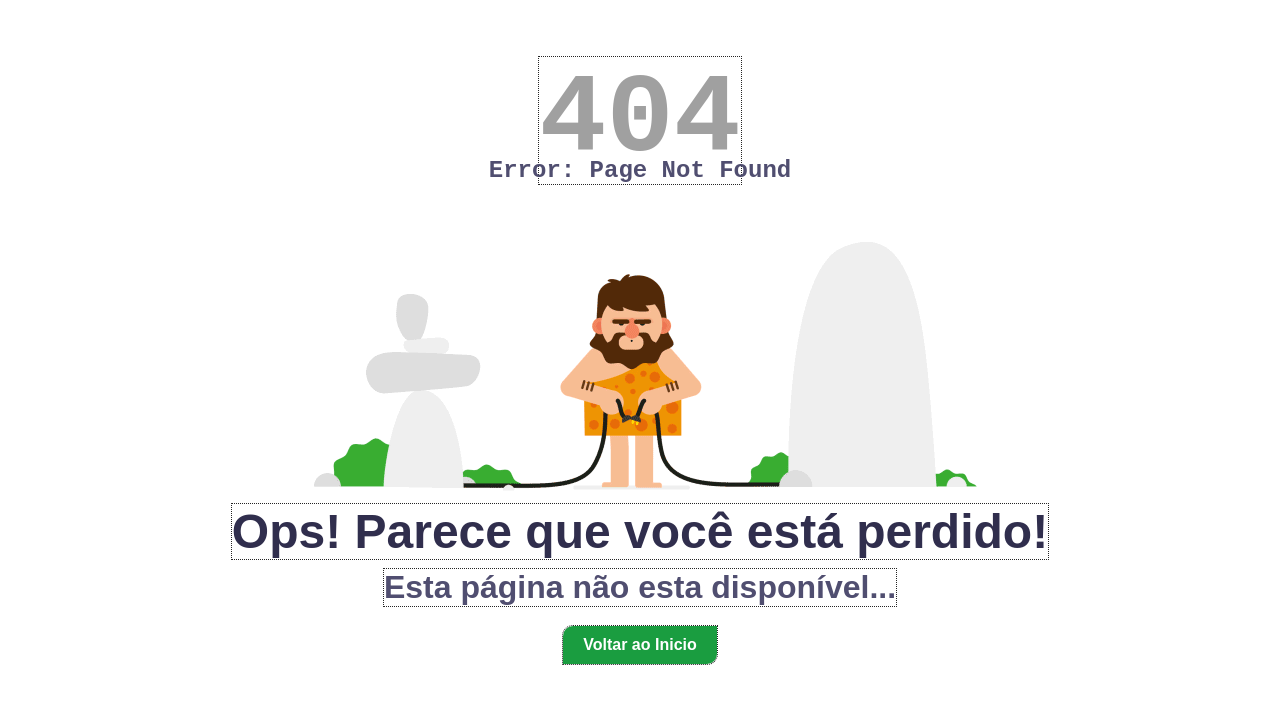
Repository: Lorsuz/gresasco
Page: components/pages/not-found.html
The author's editor kept a copy of each file at every save. The page is drawn from the files as they stood at one save, then again after the next save.
The browser window is 1280 px wide. The pictures show the whole page.
Some web fonts or font styles are not loaded; a fallback is used. The style sheet was rebuilt from its Sass, Less or Tailwind sources for each picture, by a compiler version that may differ from the author's.

Above is the page before, as saved 2023-11-07 09:56:04.

After the next save:
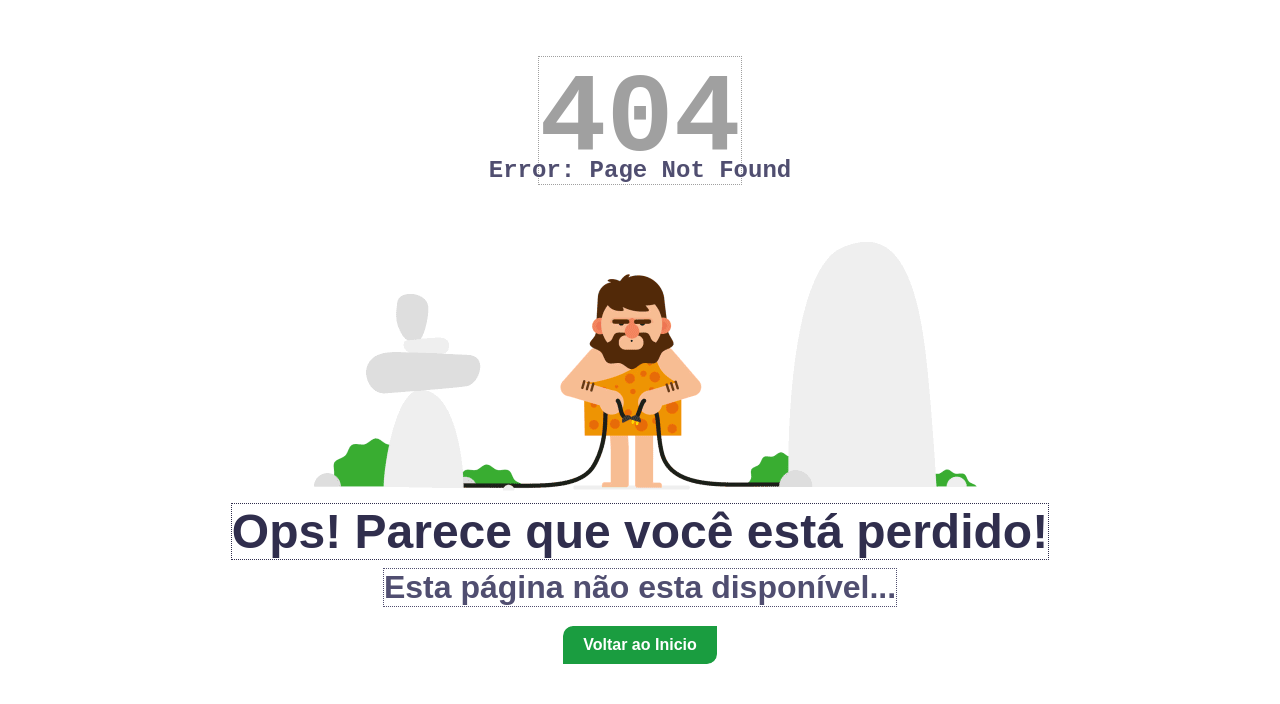
Saved 7 s later.
--- a/components/sass/partials/global.scss
+++ b/components/sass/partials/global.scss
@@ -53,7 +53,7 @@
 	font-family: "Poppins", sans-serif;
 	font-family: Arial, Helvetica, sans-serif;
 	transition: 300ms ease-in-out;
-	outline: 1px dotted var(--color-black-soft);
+	outline: 1px dotted;
 	color: var(--color-black-soft);
 	background: transparent;
 }
